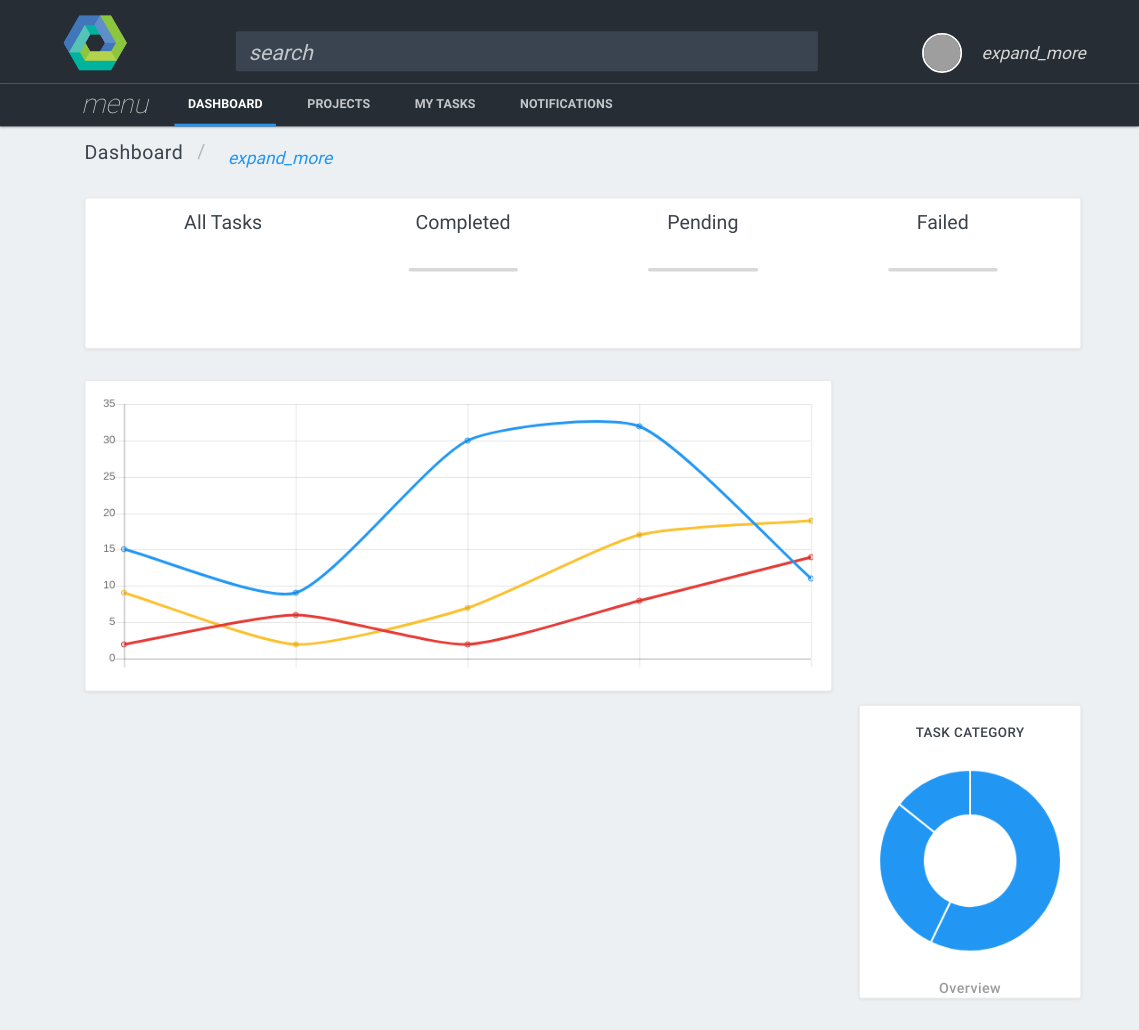
Repository: RenanChagas/ProjectManagement
Page: http://localhost/finalproject/WEB-INF/views/dashboard.jsp
The author's editor kept a copy of each file at every save. The page is drawn from the files as they stood at one save, then again after the next save.
The browser window is 1280 px wide. The pictures show the whole page, at 89% of full size.
Pictures or frames that could not be fetched are drawn as grey boxes. The page is served by Tomcat 9. Nobody is signed in. The template is opened directly, without the code that normally fills it, so the values that code supplies are empty.

Above is the page before, as saved 2017-11-20 02:00:32.

After the next save:
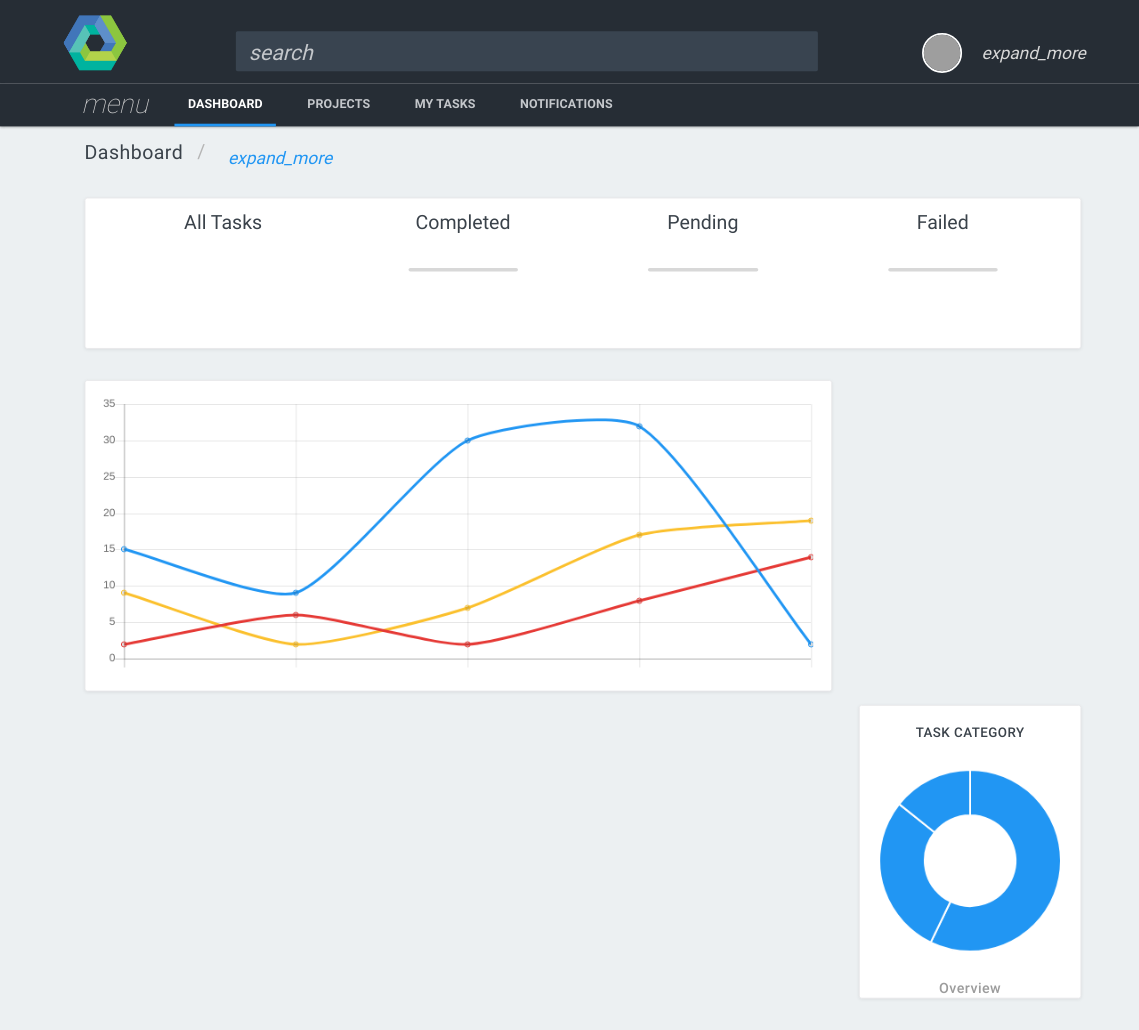
Saved 3 min 1 s later.
--- a/finalproject/src/main/webapp/WEB-INF/views/dashboard.jsp
+++ b/finalproject/src/main/webapp/WEB-INF/views/dashboard.jsp
@@ -263,7 +263,7 @@
                   {
                     label: "Tasks Completed",
                     borderColor: "#2196F3",
-                    data: [15,9,30,32,"11"],
+                    data: [15,9,30,32,"2"],
                     //data: [15,9,30,32,21],
                     fill: false,
                     lineTension: 0.2
